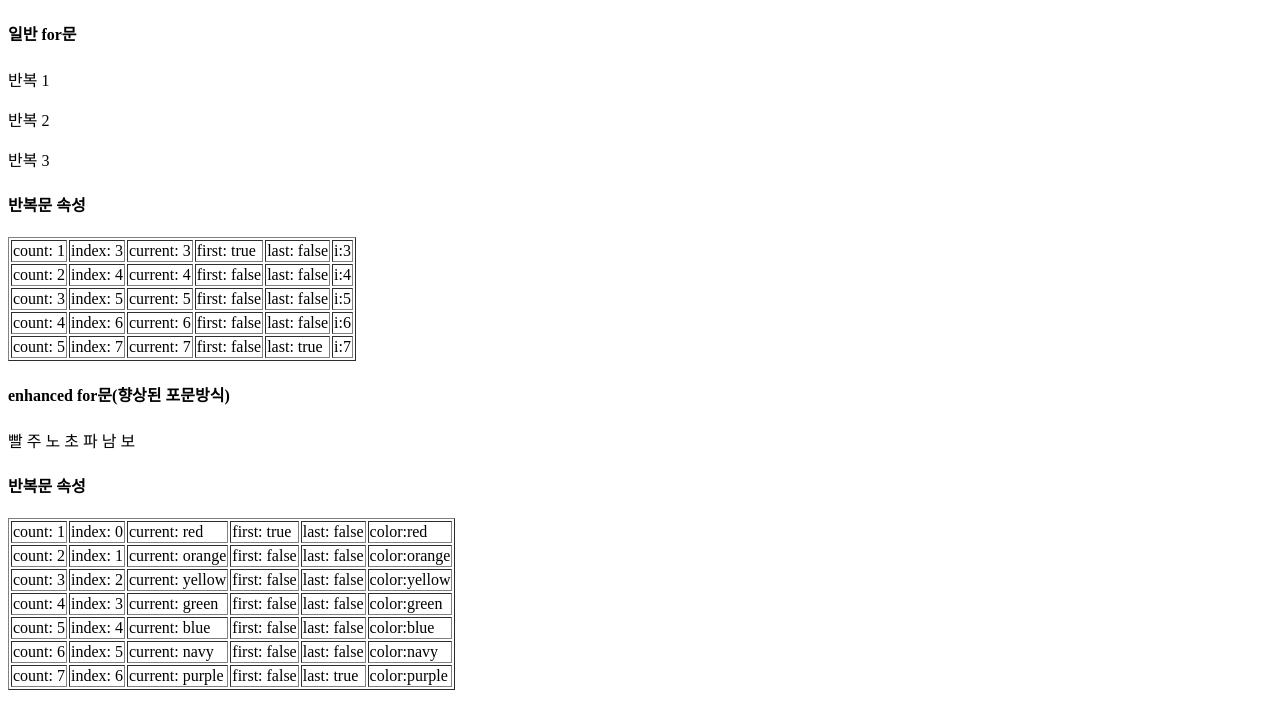
Repository: parkho96/testnum2
Page: http://localhost/jspstudy/11JSTL/ForEach.jsp
These files come from the project's save history. The page is drawn as it stood at one moment and after the next save; the edit follows.
The browser window is 1280 px wide. The pictures show the whole page.
The page is served by Tomcat 9. Other server files are loaded and not shown.

Above is the page before, as saved 2023-04-10 04:03:20.

### workjsp/jspstudy/src/main/webapp/11JSTL/ForEach.jsp
<%@ page language="java" contentType="text/html; charset=UTF-8"
    pageEncoding="UTF-8"%>
<%@ page import="java.util.*" %>
<%@ page import="common.Person" %>
<%@ taglib prefix="c" uri="http://java.sun.com/jsp/jstl/core" %>
<!DOCTYPE html>
<html>
<head>
<meta charset="UTF-8">
<title>JSTL core forEach</title>
</head>
<body>
	<h4>일반 for문</h4>
	<!-- 디폴트로는 step는 1로 설정함 -->
	<c:forEach var="i" begin="1" end="3" step="1">
		<p>반복 ${i}</p>
	</c:forEach>

	<h4>반복문 속성</h4>
	<table border="1">
	<c:forEach begin="3" end="7" var="i" varStatus="loop">
		<tr>
			<!-- 반복순서 -->
			<td>count: ${loop.count}</td>

			<!-- 인덱스 값 -->
			<td>index: ${loop.index}</td>

			<!-- 현재 위치 값 -->
			<td>current: ${loop.current}</td>

			<!-- 처음인지 아닌지? -->
			<td>first: ${loop.first}</td>

			<!-- 마지막인지 아닌지? -->
			<td>last: ${loop.last}</td>

			<!-- 인덱스 값 -->
			<td>i:${i}</td>
		</tr>
	</c:forEach>
	</table>


	<h4>enhanced for문(향상된 포문방식)</h4>
	<%
		String[] rainbow={"빨","주","노","초","파","남","보"};
	%>
	<c:forEach items="<%=rainbow%>" var="color">
		<span>${color}</span>
	</c:forEach>
	<%
		String[] rainbow2={"red","orange","yellow","green","blue","navy","purple"};
	%>
	<h4>반복문 속성</h4>

	<table border="1">
	<c:forEach items="<%=rainbow2 %>" var="color" varStatus="loop">
		<tr>
			<td>count: ${loop.count}</td>
			<td>index: ${loop.index}</td>
			<td>current: ${loop.current}</td>
			<td>first: ${loop.first}</td>
			<td>last: ${loop.last}</td>
			<td>color:${color}</td>
		</tr>
	</c:forEach>
	</table>

</body>
</html>

After the next save:
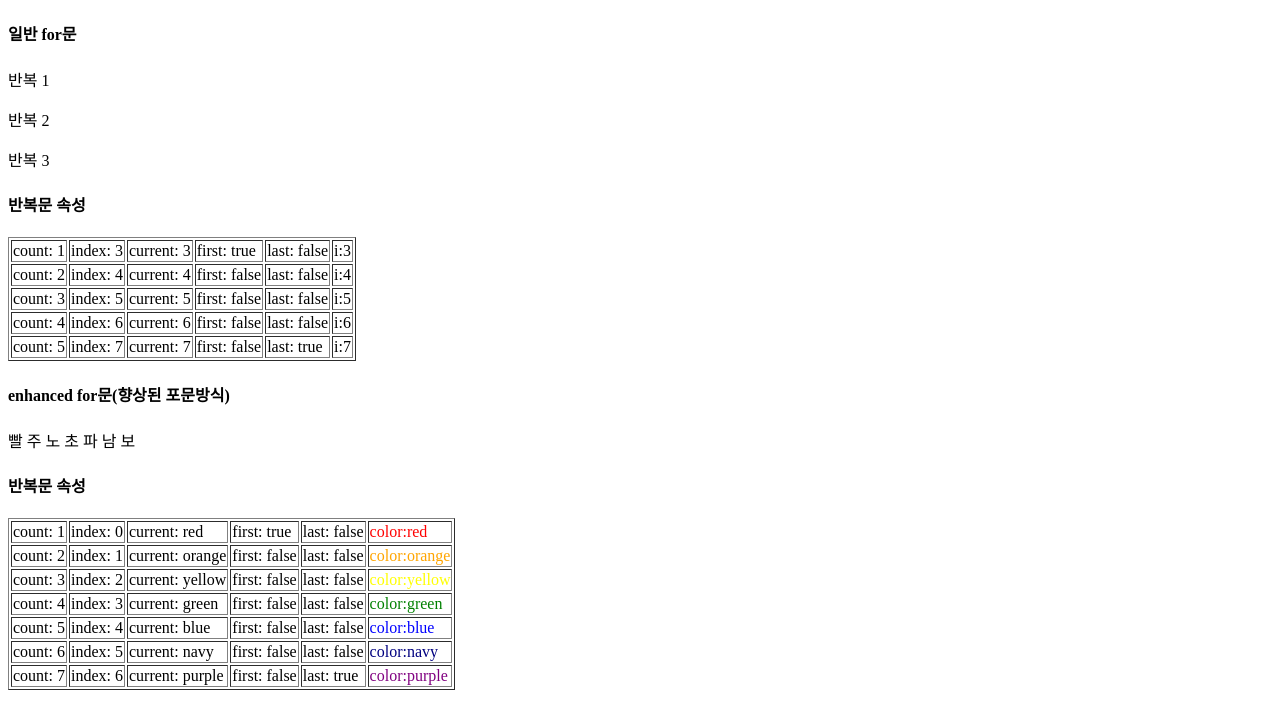
Saved 65 s later.
--- a/workjsp/jspstudy/src/main/webapp/11JSTL/ForEach.jsp
+++ b/workjsp/jspstudy/src/main/webapp/11JSTL/ForEach.jsp
@@ -62,7 +62,7 @@
 			<td>current: ${loop.current}</td>
 			<td>first: ${loop.first}</td>
 			<td>last: ${loop.last}</td>
-			<td>color:${color}</td>
+			<td style="color:${color};">color:${color}</td>
 		</tr>
 	</c:forEach>
 	</table>
